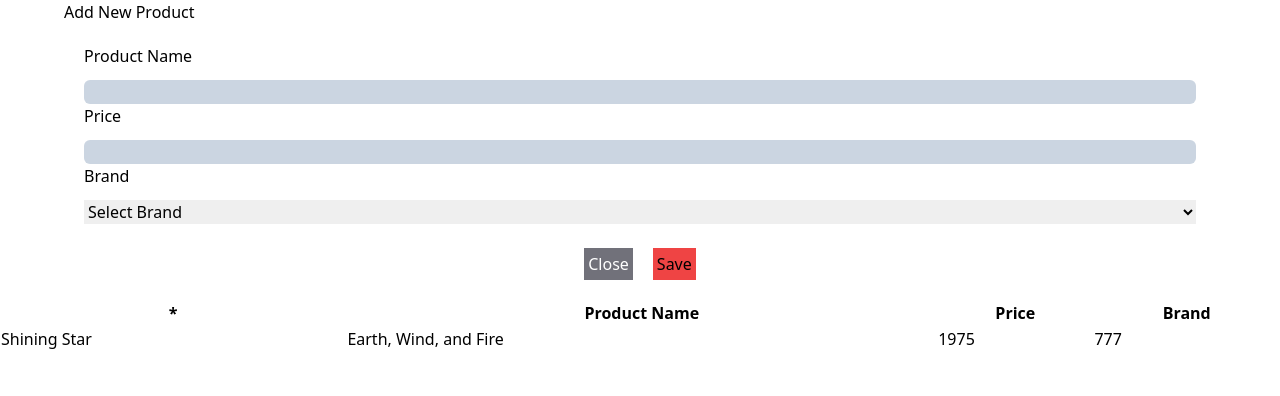
Repository: Semanmernstack/next-13-prisma-crud
Page: /product
The author's editor kept a copy of each file at every save. The page is drawn from the files as they stood at one save, then again after the next save.
The browser window is 1280 px wide. The pictures show the whole page.
The project was rebuilt for these pictures with package versions that can differ from the ones it lists, and the page was loaded fresh each time. The framework's server and built-in components were replaced by stand-ins that run in the browser. Also part of the build but not shown: next.config.js.

Above is the page before, as saved 2023-06-01 01:13:57.

After the next save:
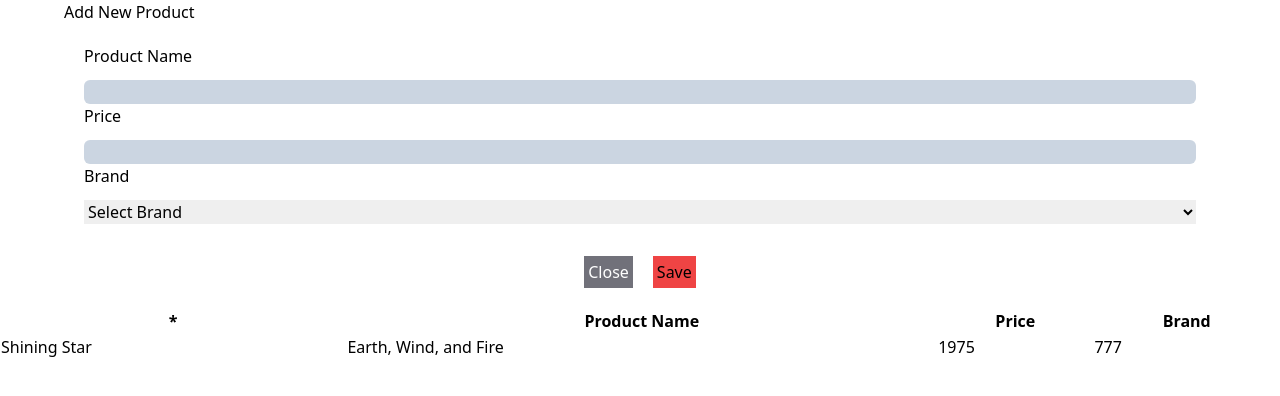
Saved 8 s later.
--- a/app/components/AddPrisma.tsx
+++ b/app/components/AddPrisma.tsx
@@ -29,7 +29,7 @@
                     <option className='hover:bg-blue-900' value="">Brand 2</option>
                 </select>
             </div>
-            <div className='flex space-x-5 items-center justify-center mt-6'>
+            <div className='flex space-x-5 items-center justify-center mt-8'>
                 <button type="button" className='bg-zinc-500 p-1 text-white' >Close</button>
                 <button type="submit" className="bg-red-500 p-1"  >Save</button>
             </div>
